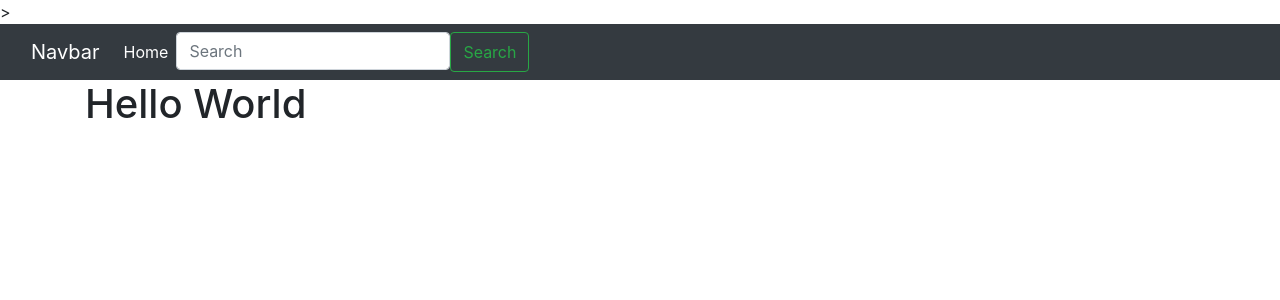
Repository: CKM206/WEBD6201-W2021-Week1
Page: index.html
An editor plug-in stored every save of this project. The page is shown before and after the next save, followed by the edit.
The browser window is 1280 px wide. The pictures show the whole page.

Above is the page before, as saved 2021-01-14 09:19:25.

After the next save:
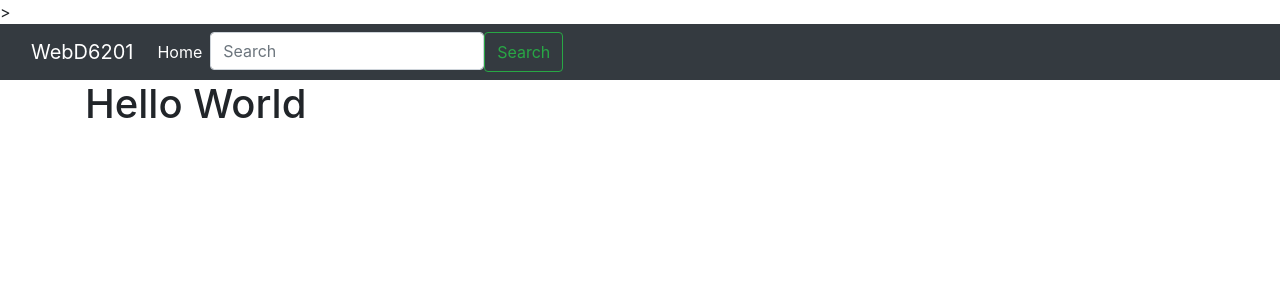
Saved 32 s later.
--- a/index.html
+++ b/index.html
@@ -18,7 +18,7 @@
         <!-- Nav Bar Section -->
         <nav class="navbar navbar-expand-lg navbar-dark bg-dark">
             <div class="container-fluid">
-              <a class="navbar-brand" href="#">Navbar</a>
+              <a class="navbar-brand" href="#">WebD6201</a>
               <button class="navbar-toggler" type="button" data-bs-toggle="collapse" data-bs-target="#navbarSupportedContent" aria-controls="navbarSupportedContent" aria-expanded="false" aria-label="Toggle navigation">
                 <span class="navbar-toggler-icon"></span>
               </button>
